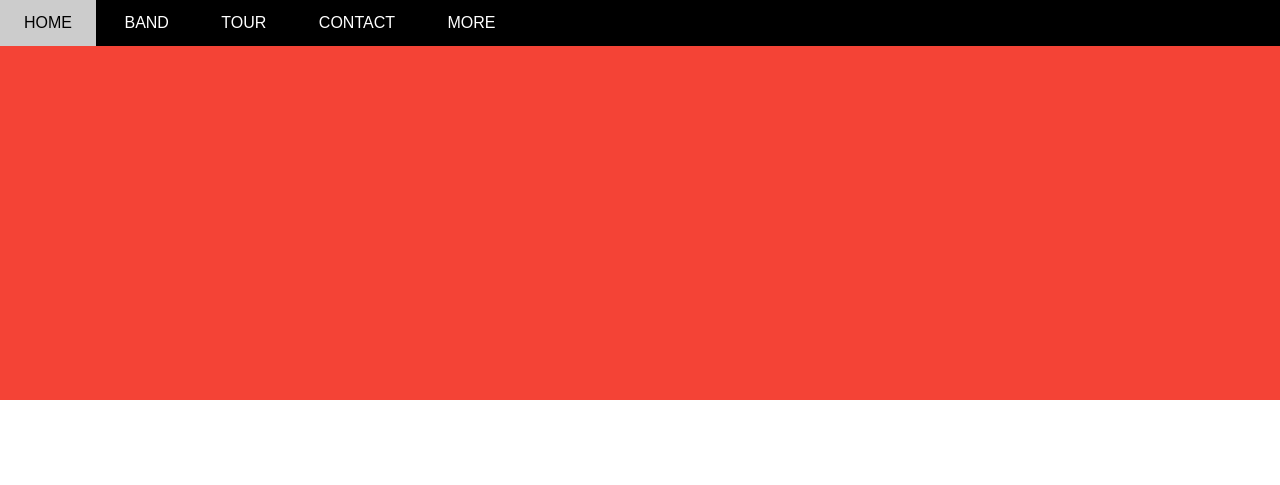
Repository: phanvu0103/HTML-CSS
Page: Thực-Hành-Dự-Án-Số-1-Xây-dựng-web-the-band/index.html
These files come from the project's save history. The page is drawn as it stood at one moment and after the next save; the edit follows.
The browser window is 1280 px wide. The pictures show the whole page.
Some icons come from a web library that is not loaded, so they are not drawn.

Above is the page before, as saved 2022-09-30 14:27:58.

### Thực-Hành-Dự-Án-Số-1-Xây-dựng-web-the-band/index.html
<!DOCTYPE html>
<html lang="en">
  <head>
    <meta charset="UTF-8" />
    <meta name="viewport" content="width=device-width, initial-scale=1.0" />
    <title>W3-BAND</title>
    <link rel="stylesheet" href="./assets/css/style.css" />
    <link rel="stylesheet" href="./assets/Fonts/themify-icons.css" />
  </head>
  <body>
    <div id="main">
      <div id="header">
        <!-- Begin: Nav -->
        <ul id="nav">
          <li><a href="">HOME</a></li>
          <li><a href="">BAND</a></li>
          <li><a href="">TOUR</a></li>
          <li><a href="">CONTACT</a></li>
          <li>
            <a href=""> MORE <i class="nav-arrow-down ti-angle-down"></i> </a>
            <!-- P.3.01
              thêm I class nav-arrow-down ti-angle-down
            sau MORE rồi qua CSS nav-arrow-down -->
            <ul class="subnav">
              <li><a href="">Merchandise</a></li>
              <li><a href="">Extras</a></li>
              <li><a href="">Media</a></li>
            </ul>
          </li>
          <li><a href=""></a></li>
        </ul>
        <!-- End: Nav -->

        <!-- Begin: Search Button-->
        <div class="search-btn">
          <i class="search-icon ti-search"></i>
          <!-- P.3.03
            tạo thêm thẻ div:
            <div class="search-btn">
              <i class="search-icon ti-search"></i>
            </div>
            để làm ICON SEARCH
            qua CSS để CSScho thẻ Div search này
          -->
        </div>
        <!-- End: Search Button-->
      </div>

      <div id="slider"></div>

      <div id="content"></div>

      <div id="footer"></div>
    </div>
  </body>
</html>

### Thực-Hành-Dự-Án-Số-1-Xây-dựng-web-the-band/assets/css/style.css
/* Resst CSS */
/* bước đầu trong CSS gõ dấu * vào thêm các thuộc tính như sau */
* {
  padding: 0;
  margin: 0;
  box-sizing: border-box;
  /* loại bỏ tính toán kích thước ta dùng (box-sizing: border-box;)  */
}
html {
  font-family: Arial, Helvetica, sans-serif;
  /* thêm font-family để trang đồng font chữ
  của html.
  Nếu thêm font-family trên dấu sao
  thf toàn trang đều có font đó
  thì ko đúng theo yêu cầu. */
}
/*
1. Làm từ ngoài vào trong
2. Làm Từ trên xuống dưới
3. Làm từ tổng quan đến chi tiết
        header
        slider

 */
/*
1. Vị trí
2. Kích thước
3. Màu sắc
4. Kiểu dáng
(kiểu chữ, hình tròn, vuông, ....)
*/
#main {
  /* nằm trong body chứa cả website */
}

#header {
  position: fixed;
  top: 0px;
  left: 0px;
  right: 0px;
  /* P.4.1 thêm 4 thuộc tính
  position: fixed;
  top: 0px;
  left: 0px;
  right: 0px;
  thanh header ko bị mất khi cuộn xuống.
   */
  height: 46px;
  /* kích thước chiều rộng bằng main
 độ dài mình đi đo hay
 (cty, khách hàng yêu cầu)
  trên w3schools The BAND. */
  /* header có chiều cao 46px */
  background-color: #000;
  /* màu header màu đen background-color */
}
#nav {
  display: inline-block;
  /* P.3.06
  thêm display: inline-block;
   */
}
#nav,
.subnav {
  /* #nav là cha của:
  #nav li
  #nav .subnav
  #nav li a
  P.2 thêm .subnav và đoạn code
    list-style-type: none; để thẻ con của MORE mất
    dấu chấm (.)
  */
  list-style-type: none;
  /*  P.2.08 list-style-type: none;
là kiểu của danh sách mặt định là đấu chấm nên thêm
None đẻ mất dấu chấm */
}

#nav li {
  /* display: inline-block; P.2.07
  chuyển display: inline-block xuống
  #nav > li để làm thẻ con
  more có màu chiều ngang bằng thẻ cha*/
  position: relative;
  /* P.2.02
  position: relative;

   */
}
#nav > li {
  display: inline-block;
  /* P.2.07 sữa thẻ con More  */
}
#nav > li > a {
  /*P2.03
  #nav > li > a
   Dấu > lấy thuộc tính vào thẻ con trực tiếp
   thẻ a con trực tiếp của thẻ li và thẻ li con
    trực tiếp của thẻ nav và tchỉ tác động đến
    thẻ a cấp 1 ( Home. band....) ko tác động đến
    thẻ a cấp 2 (Merchandise, Extras,...)
   ko liên qua đến thẻ a
   chuyển color: #fff; của #nav li a lên
   #nav > li > a để hiện thanh chữ thẻ a cấp 2
  */
  color: #fff;
  text-transform: uppercase;
  /* P.2.09 text-transform: uppercase; ta thay đổi
  chữ thường thành chữ hoa cho thẻ header */
}

#nav li:hover .subnav {
  display: block;
  /* P.2.13.1 ta thêm vào thuộc tính #nav li:hover .subnav
để click chuột thẻ con More hiện và ẩn
li:hover là con của nav,
.subnav là con của li, để hover cho thẻ
sau đó mở lại display: none; -> #nav .subnav */
}
#nav li a {
  /* color: #fff; */
  text-decoration: none;
  line-height: 46px;
  /* line-height: 46px canh cho
  chữ ở giữa thanh header */
  padding: 0 24px;
  /* pading phải xem kiểm tra trang
  rồi bấm vào computed thấy pading 24
  khoảng cách 2 dòng chữ cách xa nhau. */
  display: block;
  /* p2.07.1 ta sữa display: inline-block;
  thành   display: block;
  */
  /* P.1:thay đổi chiều cao của thẻ a
  mở phần kiểm tra trang bấm vào thẻ li,
   bấm style > :hover them vào display: inline-block;
   xem chiều caovwaf ý ko.
   vì thẻ a có  */
}
#nav > li:hover > a,
#nav .subnav li:hover {
  color: #000;
  background-color: #ccc;
  /* P.2.06 */
}

#nav li:hover a {
  /* P.2.06
  color: #000;
  background-color: #ccc;
  bỏ thuộc tính này thêm thuộc tính :#nav > li:hover > a
  và cho #nav > li:hover > a lên
  #nav .subnav li:hover
   */
}
#nav .subnav {
  /* display: none; ẩn để css cho P.2.02 đến P.2.13.2
  ta cho hiện lại */
  display: none;
  min-width: 160px;
  /* P.2.14 thêm min-width: 160px;
  cho thẻ con More chiều ngang dài ra 1 chút theo
  tiêu chuẩn (của khách hàng)  */
  top: 100%;
  left: 0;
  /* P.2.15 thêm 2 thuộc tính
  top: 100%;
  left: 0; cho chính xác và chuẩn
  tại ko phải web nào cũng đẹp như vậy  */
  position: absolute;
  background-color: #fff;
  /*  P.2.02 NAVI....
   position: absolute; cho các chữ thẻ a cấp 1
   hiện trên thẻ header để thẻ a cấp 2 ko đẩy
   thẻ cấp 1 xuống.
  background-color: #fff;
   */
  box-shadow: 0 0 10px rgba(0, 0, 0, 0.3);
  /*P.2.12. làm bóng đỗ cho thẻ con More
  box-shadow: 0 0 10px rgba(0, 0, 0, 0.3); */
}
/* #nav > li:hover > a {
  P2.05 ta tạo #nav > li:hover > a
  ta chuyển lên và gọp với #nav .subnav li:hover
   bằng đấu phẩy (,) cho khỏi trùng
  cho chuyên nghiệp người viết code
  ta CSS nhưng màu chiều ngang thẻ con của MORE chưa
 đủ kích thước ta css display: block; trên #nav li a
} */
#nav .subnav li:hover {
  /* color: #000;
  background-color: #ccc; */
  /* P2.05
  ta chuyển lên và gọp với #nav > li:hover > a
   bằng đấu phẩy (,) cho khỏi trùng
  cho chuyên nghiệp người viết code
  ta CSS nhưng màu chiều ngang thẻ con của MORE chưa
 đủ kích thước ta css display: block; trên #nav li a  */
}

#nav .subnav a {
  color: #000;
  /* P.2.04 #nav .subnav a
  nên để 3 cấp nhiều quá sau này khó sữa code
  cho chữ màu đen trên thẻ con của More code: color... */
  padding: 0 12px;
  /* P.2.10 thêm padding: 0 12px;
  cho chữ thẻ con More sang bên trái 1 tí ko thẳng
  thẻ cha More.  */
  line-height: 38px;
  /* P.2.11.2 */
}
#nav .nav-arrow-down {
  font-size: 14px;
  /* P.3.02 CSS cho P.3.01 phần HTML
  chỉnh font-size: cho nhỏ lại
  qua html thêm thẻ div */
}
#header .search-btn {
  /* P.3.04
 tạo thẻ
 #header .search-btn
      */
  float: right;
  /* P.3.07 thêm
  float: right; cho icon search sang phải
  */
  padding: 0 21px;
  /* P.3.09 thêm
  padding: 0 21px;
  cho icon ra giữa
   */
}
#header .search-btn:hover {
  background-color: #f44336 !important;
  /* P.3.10 thêm thẻ
#header .search-btn:hover
để hover ẩn hiện màu nền trong icon search
css: background-color: #f44336
   */
  cursor: pointer;
  /* P.3.11
   cursor là thay đổi hình chuột
   còn pointer là hình bàn tay
   css ở đúng ngữ nghĩa có hover khi mình
   trỏ chuột vào là đổi hình hiện bàn tay hơn
#header .search-btn

   */
}
#header .search-icon {
  /* P.3.05
  tạo thẻ
#header .search-icon
css màu và font ch thẻ
thêm thẻ #nav (trên đầu) riêng lúc nãy gọp chung vs .subnav
   */
  color: #fff;
  font-size: 20px;
  line-height: 46px;
  /* P.3.08 thêm
  line-height: 46px;
  cho icon ở giữa header
   */
}
#slider {
  /* p.2.01 thêm màu min-height: 500px;
  background-color: #333; ch dễ nhìn thẻ header */
  /* min-height: 500px;
  background-color: #333; */
  /* xong P.2.11.1 ta ẩn hay bỏ  min-height: 500px;
  background-color: #333; để làm bóng đỗ cho
  thẻ con More */
  background-color: #f44336;
  height: 400px;
}

#content {
}

#footer {
}

After the next save:
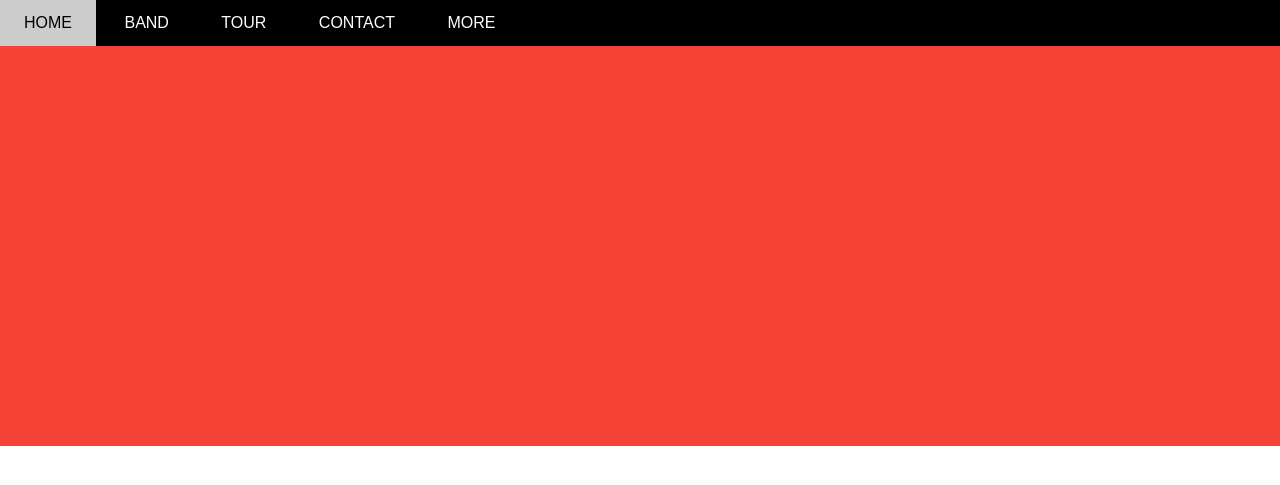
Saved 28 s later.
--- a/Thực-Hành-Dự-Án-Số-1-Xây-dựng-web-the-band/assets/css/style.css
+++ b/Thực-Hành-Dự-Án-Số-1-Xây-dựng-web-the-band/assets/css/style.css
@@ -271,6 +271,7 @@ thêm thẻ #nav (trên đầu) riêng lúc nãy gọp chung vs .subnav
   /* xong P.2.11.1 ta ẩn hay bỏ  min-height: 500px;
   background-color: #333; để làm bóng đỗ cho
   thẻ con More */
+  margin-top: 46px;
   background-color: #f44336;
   height: 400px;
 }
